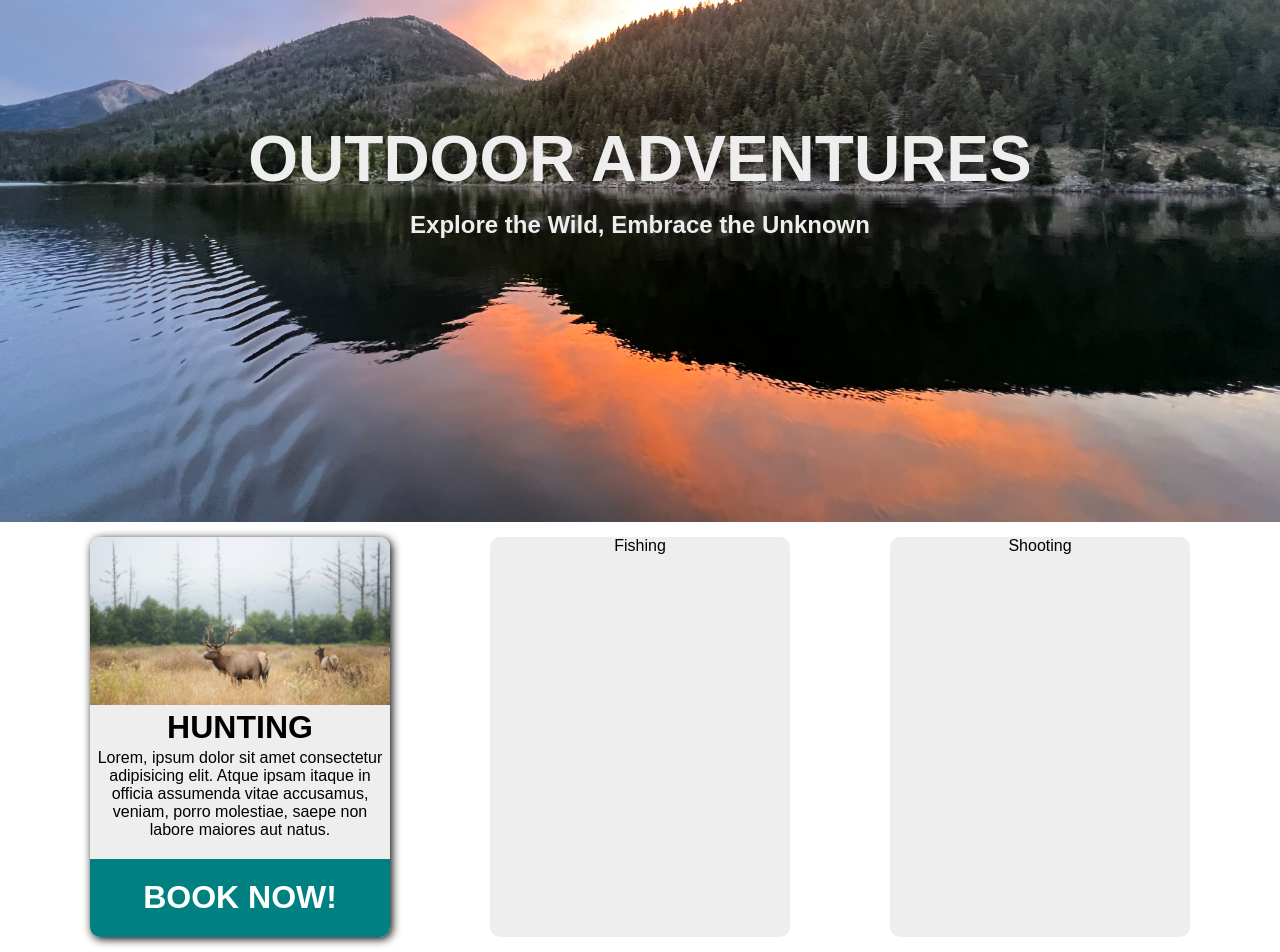
Repository: iforgotmylogin/WebDesignFinal
Page: index.html
These files come from the project's save history. The page is drawn as it stood at one moment and after the next save; the edit follows.
The browser window is 1280 px wide. The pictures show the part of the page from y = 290 to 1242 px (the page is 1242 px tall).
A picture or video elsewhere on the page could not be fetched, so the positions and the page height are approximate.

Above is the page before, as saved 2024-04-07 18:41:20.

After the next save:
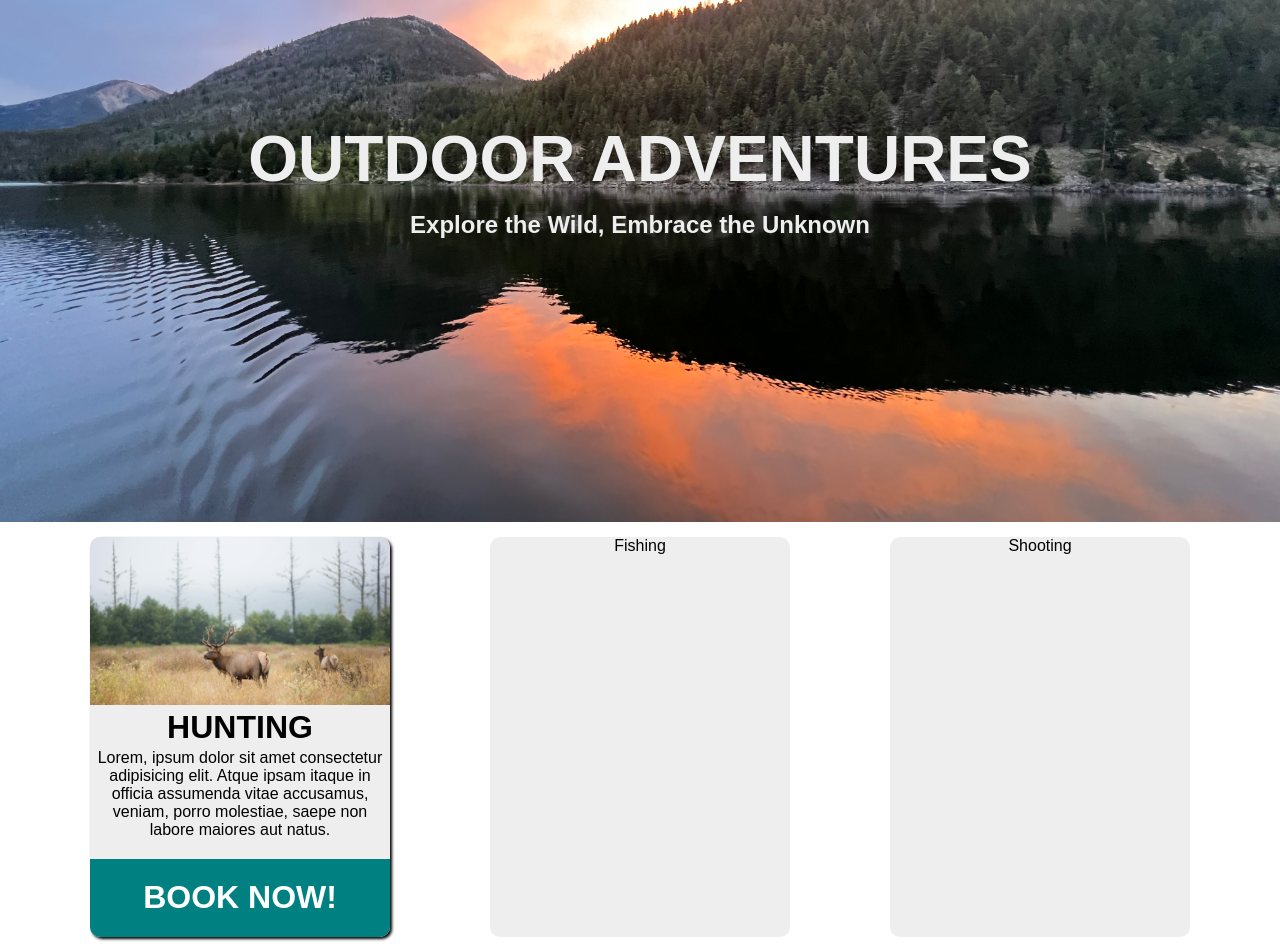
Saved 22 s later.
--- a/css/homepage.css
+++ b/css/homepage.css
@@ -26,7 +26,7 @@
 .container a{
     text-decoration: none;
     color:black;
-    box-shadow: 2px 2px 10px black;
+    box-shadow: 2px 2px 3px black;
 }
 .box:hover{
     flex: 3;
